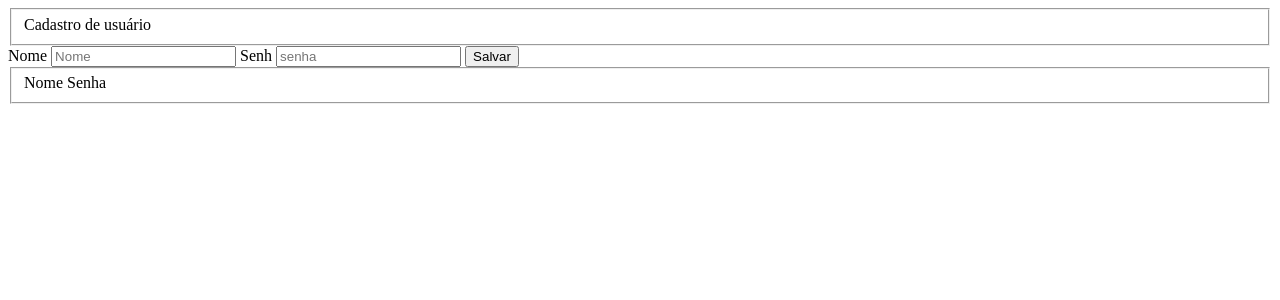
Repository: waanvieira/f21-jdbc-f21-jdbc-exer
Page: curso_java_web1/src/main/webapp/FormCadastroUser.html
These files come from the project's save history. The page is drawn as it stood at one moment and after the next save; the edit follows.
The browser window is 1280 px wide. The pictures show the whole page.

Above is the page before, as saved 2019-02-18 21:33:55.

After the next save:
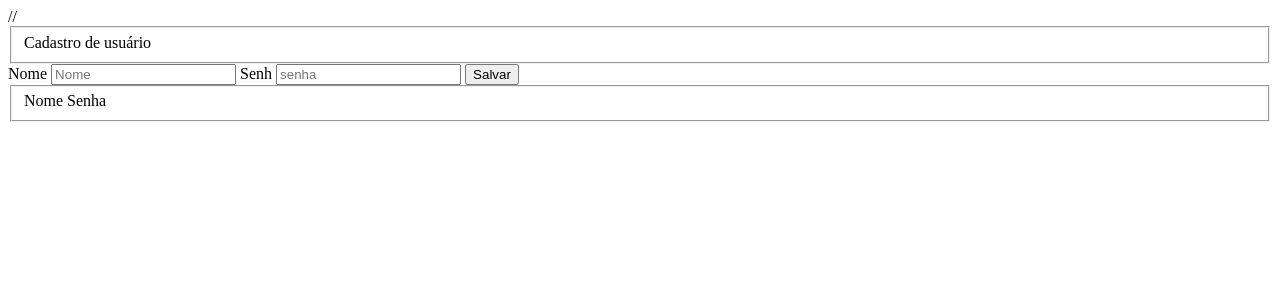
Saved 7 s later.
--- a/curso_java_web1/src/main/webapp/FormCadastroUser.html
+++ b/curso_java_web1/src/main/webapp/FormCadastroUser.html
@@ -4,7 +4,7 @@
 <meta charset="ISO-8859-1">
 <script src="js/autenticacao.js"></script>
 <title>Insert title here</title>
-<script src="js/autenticacao.js"></script>
+//<script src="js/autenticacao.js"></script>
 <script type="text/javascript">
 
 function mostraArray(){
